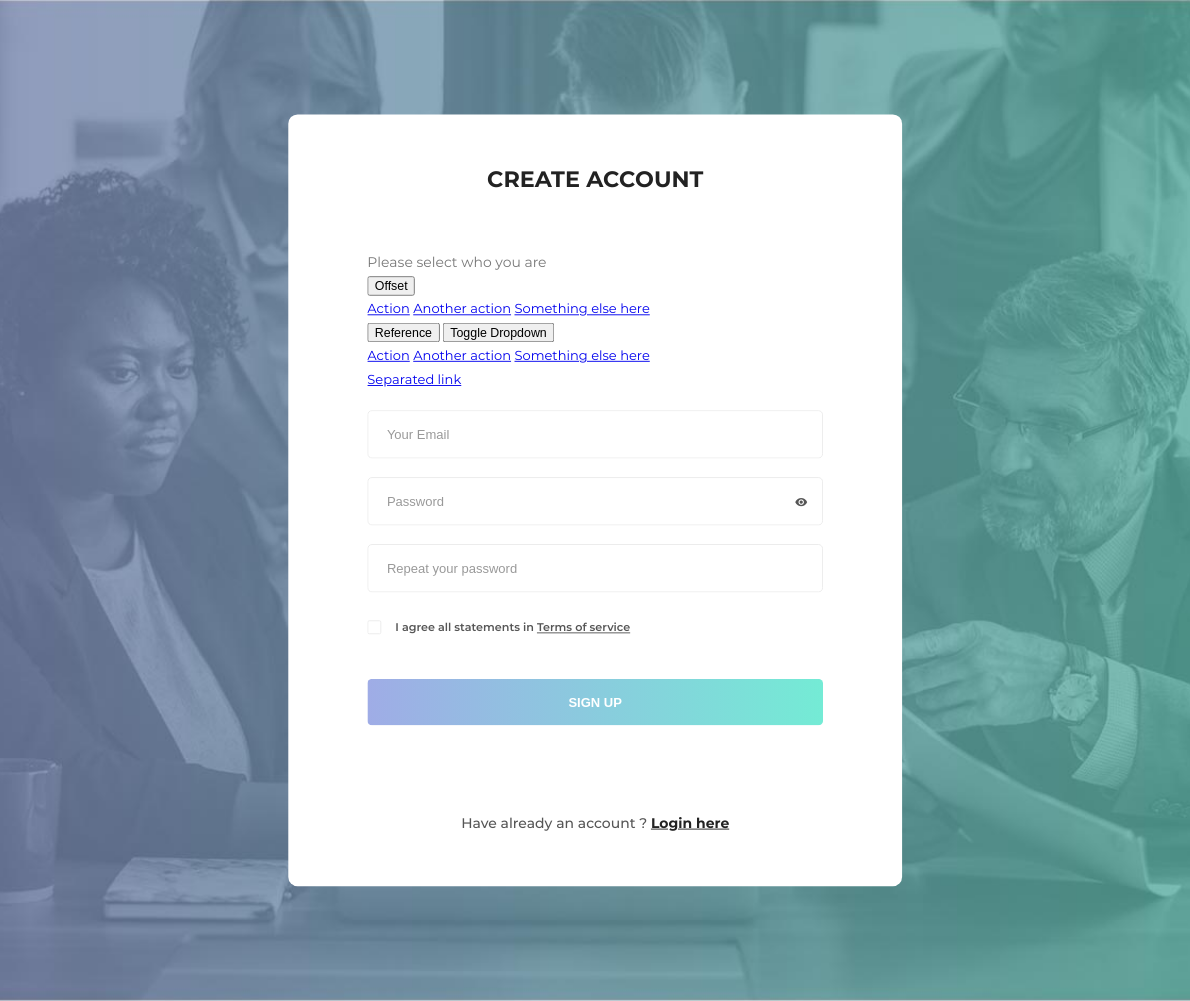
Repository: zainbt/Career_Bridge
Page: static/register/index.html
An editor plug-in stored every save of this project. The page is shown before and after the next save, followed by the edit.
The browser window is 1280 px wide. The pictures show the whole page, at 93% of full size.

Above is the page before, as saved 2019-11-18 17:31:42.

### static/register/index.html
<!DOCTYPE html>
<html lang="en">

<head>
    <meta charset="UTF-8">
    <meta name="viewport" content="width=device-width, initial-scale=1.0">
    <meta http-equiv="X-UA-Compatible" content="ie=edge">
    <title>Sign Up Form by Colorlib</title>

    <!-- Font Icon -->
    <link rel="stylesheet" href="fonts/material-icon/css/material-design-iconic-font.min.css">

    <!-- Main css -->
    <link rel="stylesheet" href="css/style.css">
</head>

<body>

    <div class="main">

        <section class="signup">
            <!-- <img src="images/signup-bg.jpg" alt=""> -->
            <div class="container">
                <div class="signup-content">
                    <form method="POST" id="signup-form" class="signup-form">
                        <h2 class="form-title">Create account</h2>
                        <div class="form-group">
                            <p>Please select who you are</p>
                            <div class="d-flex">
                                <div class="dropdown mr-1">
                                    <button type="button" class="btn btn-secondary dropdown-toggle" id="dropdownMenuOffset" data-toggle="dropdown" aria-haspopup="true" aria-expanded="false" data-offset="10,20">
                                        Offset
                                      </button>
                                    <div class="dropdown-menu" aria-labelledby="dropdownMenuOffset">
                                        <a class="dropdown-item" href="#">Action</a>
                                        <a class="dropdown-item" href="#">Another action</a>
                                        <a class="dropdown-item" href="#">Something else here</a>
                                    </div>
                                </div>
                                <div class="btn-group">
                                    <button type="button" class="btn btn-secondary">Reference</button>
                                    <button type="button" class="btn btn-secondary dropdown-toggle dropdown-toggle-split" id="dropdownMenuReference" data-toggle="dropdown" aria-haspopup="true" aria-expanded="false" data-reference="parent">
                                        <span class="sr-only">Toggle Dropdown</span>
                                      </button>
                                    <div class="dropdown-menu" aria-labelledby="dropdownMenuReference">
                                        <a class="dropdown-item" href="#">Action</a>
                                        <a class="dropdown-item" href="#">Another action</a>
                                        <a class="dropdown-item" href="#">Something else here</a>
                                        <div class="dropdown-divider"></div>
                                        <a class="dropdown-item" href="#">Separated link</a>
                                    </div>
                                </div>
                            </div>
                        </div>
                        <div class="form-group">
                            <input type="email" class="form-input" name="email" id="email" placeholder="Your Email" />
                        </div>
                        <div class="form-group">
                            <input type="text" class="form-input" name="password" id="password" placeholder="Password" />
                            <span toggle="#password" class="zmdi zmdi-eye field-icon toggle-password"></span>
                        </div>
                        <div class="form-group">
                            <input type="password" class="form-input" name="re_password" id="re_password" placeholder="Repeat your password" />
                        </div>
                        <div class="form-group">
                            <input type="checkbox" name="agree-term" id="agree-term" class="agree-term" />
                            <label for="agree-term" class="label-agree-term"><span><span></span></span>I agree all statements in  <a href="#" class="term-service">Terms of service</a></label>
                        </div>
                        <div class="form-group">
                            <input type="submit" name="submit" id="submit" class="form-submit" value="Sign up" />
                        </div>
                    </form>
                    <p class="loginhere">
                        Have already an account ? <a href="#" class="loginhere-link">Login here</a>
                    </p>
                </div>
            </div>
        </section>

    </div>

    <!-- JS -->
    <script src="vendor/jquery/jquery.min.js"></script>
    <script src="js/main.js"></script>
</body>
<!-- This templates was made by Colorlib (https://colorlib.com) -->

</html>

### static/register/css/style.css
/* @extend display-flex; */
display-flex, .display-flex, .display-flex-center {
  display: flex;
  display: -webkit-flex; }

/* @extend list-type-ulli; */
list-type-ulli {
  list-style-type: none;
  margin: 0;
  padding: 0; }

/* Montserrat-300 - latin */
@font-face {
  font-family: 'Montserrat';
  font-style: normal;
  font-weight: 300;
  src: url("../fonts/montserrat/Montserrat-Light.ttf");
  /* IE9 Compat Modes */ }
@font-face {
  font-family: 'Montserrat';
  font-style: normal;
  font-weight: 400;
  src: url("../fonts/montserrat/Montserrat-Regular.ttf");
  /* IE9 Compat Modes */ }
@font-face {
  font-family: 'Montserrat';
  font-style: italic;
  font-weight: 400;
  src: url("../fonts/montserrat/Montserrat-Italic.ttf");
  /* IE9 Compat Modes */ }
@font-face {
  font-family: 'Montserrat';
  font-style: normal;
  font-weight: 500;
  src: url("../fonts/montserrat/Montserrat-Medium.ttf");
  /* IE9 Compat Modes */ }
@font-face {
  font-family: 'Montserrat';
  font-style: normal;
  font-weight: 600;
  src: url("../fonts/montserrat/Montserrat-SemiBold.ttf");
  /* IE9 Compat Modes */ }
@font-face {
  font-family: 'Montserrat';
  font-style: normal;
  font-weight: 700;
  src: url("../fonts/montserrat/Montserrat-Bold.ttf");
  /* IE9 Compat Modes */ }
@font-face {
  font-family: 'Montserrat';
  font-style: italic;
  font-weight: 700;
  src: url("../fonts/montserrat/Montserrat-BoldItalic.ttf");
  /* IE9 Compat Modes */ }
@font-face {
  font-family: 'Montserrat';
  font-style: italic;
  font-weight: 900;
  src: url("../fonts/montserrat/montserrat-v12-latin-900.ttf"), url("../fonts/montserrat/montserrat-v12-latin-900.eot") format("embedded-opentype"), url("../fonts/montserrat/montserrat-v12-latin-900.svg") format("woff2"), url("../fonts/montserrat/montserrat-v12-latin-900.woff") format("woff"), url("../fonts/montserrat/montserrat-v12-latin-900.woff2") format("truetype"); }
a:focus, a:active {
  text-decoration: none;
  outline: none;
  transition: all 300ms ease 0s;
  -moz-transition: all 300ms ease 0s;
  -webkit-transition: all 300ms ease 0s;
  -o-transition: all 300ms ease 0s;
  -ms-transition: all 300ms ease 0s; }

input, select, textarea {
  outline: none;
  appearance: unset !important;
  -moz-appearance: unset !important;
  -webkit-appearance: unset !important;
  -o-appearance: unset !important;
  -ms-appearance: unset !important; }

input::-webkit-outer-spin-button, input::-webkit-inner-spin-button {
  appearance: none !important;
  -moz-appearance: none !important;
  -webkit-appearance: none !important;
  -o-appearance: none !important;
  -ms-appearance: none !important;
  margin: 0; }

input:focus, select:focus, textarea:focus {
  outline: none;
  box-shadow: none !important;
  -moz-box-shadow: none !important;
  -webkit-box-shadow: none !important;
  -o-box-shadow: none !important;
  -ms-box-shadow: none !important; }

input[type=checkbox] {
  appearance: checkbox !important;
  -moz-appearance: checkbox !important;
  -webkit-appearance: checkbox !important;
  -o-appearance: checkbox !important;
  -ms-appearance: checkbox !important; }

input[type=radio] {
  appearance: radio !important;
  -moz-appearance: radio !important;
  -webkit-appearance: radio !important;
  -o-appearance: radio !important;
  -ms-appearance: radio !important; }

img {
  max-width: 100%;
  height: auto; }

figure {
  margin: 0; }

p {
  margin-bottom: 0px;
  font-size: 15px;
  color: #777; }

h2 {
  line-height: 1.66;
  margin: 0;
  padding: 0;
  font-weight: 900;
  color: #222;
  font-family: 'Montserrat';
  font-size: 24px;
  text-transform: uppercase;
  text-align: center;
  margin-bottom: 40px; }

.clear {
  clear: both; }

body {
  font-size: 14px;
  line-height: 1.8;
  color: #222;
  font-weight: 400;
  font-family: 'Montserrat';
  background-image: url("../images/signup-bg.jpg");
  background-repeat: no-repeat;
  background-size: cover;
  -moz-background-size: cover;
  -webkit-background-size: cover;
  -o-background-size: cover;
  -ms-background-size: cover;
  background-position: center center;
  padding: 115px 0; }

.container {
  width: 660px;
  position: relative;
  margin: 0 auto; }

.display-flex {
  justify-content: space-between;
  -moz-justify-content: space-between;
  -webkit-justify-content: space-between;
  -o-justify-content: space-between;
  -ms-justify-content: space-between;
  align-items: center;
  -moz-align-items: center;
  -webkit-align-items: center;
  -o-align-items: center;
  -ms-align-items: center; }

.display-flex-center {
  justify-content: center;
  -moz-justify-content: center;
  -webkit-justify-content: center;
  -o-justify-content: center;
  -ms-justify-content: center;
  align-items: center;
  -moz-align-items: center;
  -webkit-align-items: center;
  -o-align-items: center;
  -ms-align-items: center; }

.position-center {
  position: absolute;
  top: 50%;
  left: 50%;
  transform: translate(-50%, -50%);
  -moz-transform: translate(-50%, -50%);
  -webkit-transform: translate(-50%, -50%);
  -o-transform: translate(-50%, -50%);
  -ms-transform: translate(-50%, -50%); }

.signup-content {
  background: #fff;
  border-radius: 10px;
  -moz-border-radius: 10px;
  -webkit-border-radius: 10px;
  -o-border-radius: 10px;
  -ms-border-radius: 10px;
  padding: 50px 85px; }

.form-group {
  overflow: hidden;
  margin-bottom: 20px; }

.form-input {
  width: 100%;
  border: 1px solid #ebebeb;
  border-radius: 5px;
  -moz-border-radius: 5px;
  -webkit-border-radius: 5px;
  -o-border-radius: 5px;
  -ms-border-radius: 5px;
  padding: 17px 20px;
  box-sizing: border-box;
  font-size: 14px;
  font-weight: 500;
  color: #222; }
  .form-input::-webkit-input-placeholder {
    color: #999; }
  .form-input::-moz-placeholder {
    color: #999; }
  .form-input:-ms-input-placeholder {
    color: #999; }
  .form-input:-moz-placeholder {
    color: #999; }
  .form-input::-webkit-input-placeholder {
    font-weight: 500; }
  .form-input::-moz-placeholder {
    font-weight: 500; }
  .form-input:-ms-input-placeholder {
    font-weight: 500; }
  .form-input:-moz-placeholder {
    font-weight: 500; }
  .form-input:focus {
    border: 1px solid transparent;
    -webkit-border-image-source: -webkit-linear-gradient(to right, #9face6, #74ebd5);
    -moz-border-image-source: -moz-linear-gradient(to right, #9face6, #74ebd5);
    -o-border-image-source: -o-linear-gradient(to right, #9face6, #74ebd5);
    border-image-source: linear-gradient(to right, #9face6, #74ebd5);
    -webkit-border-image-slice: 1;
    border-image-slice: 1;
    border-radius: 5px;
    -moz-border-radius: 5px;
    -webkit-border-radius: 5px;
    -o-border-radius: 5px;
    -ms-border-radius: 5px;
    background-origin: border-box;
    background-clip: content-box, border-box; }
    .form-input:focus::-webkit-input-placeholder {
      color: #222; }
    .form-input:focus::-moz-placeholder {
      color: #222; }
    .form-input:focus:-ms-input-placeholder {
      color: #222; }
    .form-input:focus:-moz-placeholder {
      color: #222; }

.form-submit {
  width: 100%;
  border-radius: 5px;
  -moz-border-radius: 5px;
  -webkit-border-radius: 5px;
  -o-border-radius: 5px;
  -ms-border-radius: 5px;
  padding: 17px 20px;
  box-sizing: border-box;
  font-size: 14px;
  font-weight: 700;
  color: #fff;
  text-transform: uppercase;
  border: none;
  background-image: -moz-linear-gradient(to left, #74ebd5, #9face6);
  background-image: -ms-linear-gradient(to left, #74ebd5, #9face6);
  background-image: -o-linear-gradient(to left, #74ebd5, #9face6);
  background-image: -webkit-linear-gradient(to left, #74ebd5, #9face6);
  background-image: linear-gradient(to left, #74ebd5, #9face6); }

input[type=checkbox]:not(old) {
  width: 2em;
  margin: 0;
  padding: 0;
  font-size: 1em;
  display: none; }

input[type=checkbox]:not(old) + label {
  display: inline-block;
  margin-top: 7px;
  margin-bottom: 25px; }

input[type=checkbox]:not(old) + label > span {
  display: inline-block;
  width: 13px;
  height: 13px;
  margin-right: 15px;
  margin-bottom: 3px;
  border: 1px solid #ebebeb;
  border-radius: 2px;
  -moz-border-radius: 2px;
  -webkit-border-radius: 2px;
  -o-border-radius: 2px;
  -ms-border-radius: 2px;
  background: white;
  background-image: -moz-linear-gradient(white, white);
  background-image: -ms-linear-gradient(white, white);
  background-image: -o-linear-gradient(white, white);
  background-image: -webkit-linear-gradient(white, white);
  background-image: linear-gradient(white, white);
  vertical-align: bottom; }

input[type=checkbox]:not(old):checked + label > span {
  background-image: -moz-linear-gradient(white, white);
  background-image: -ms-linear-gradient(white, white);
  background-image: -o-linear-gradient(white, white);
  background-image: -webkit-linear-gradient(white, white);
  background-image: linear-gradient(white, white); }

input[type=checkbox]:not(old):checked + label > span:before {
  content: '\f26b';
  display: block;
  color: #222;
  font-size: 11px;
  line-height: 1.2;
  text-align: center;
  font-family: 'Material-Design-Iconic-Font';
  font-weight: bold; }

.label-agree-term {
  font-size: 12px;
  font-weight: 600;
  color: #555; }

.term-service {
  color: #555; }

.loginhere {
  color: #555;
  font-weight: 500;
  text-align: center;
  margin-top: 91px;
  margin-bottom: 5px; }

.loginhere-link {
  font-weight: 700;
  color: #222; }

.field-icon {
  float: right;
  margin-right: 17px;
  margin-top: -32px;
  position: relative;
  z-index: 2;
  color: #555; }

@media screen and (max-width: 768px) {
  .container {
    width: calc(100% - 40px);
    max-width: 100%; } }
@media screen and (max-width: 480px) {
  .signup-content {
    padding: 50px 25px; } }

/*# sourceMappingURL=style.css.map */

Loaded but not shown: static/register/fonts/material-icon/css/material-design-iconic-font.min.css (library); static/register/vendor/jquery/jquery.min.js (library); static/register/js/main.js (common file)

After the next save:
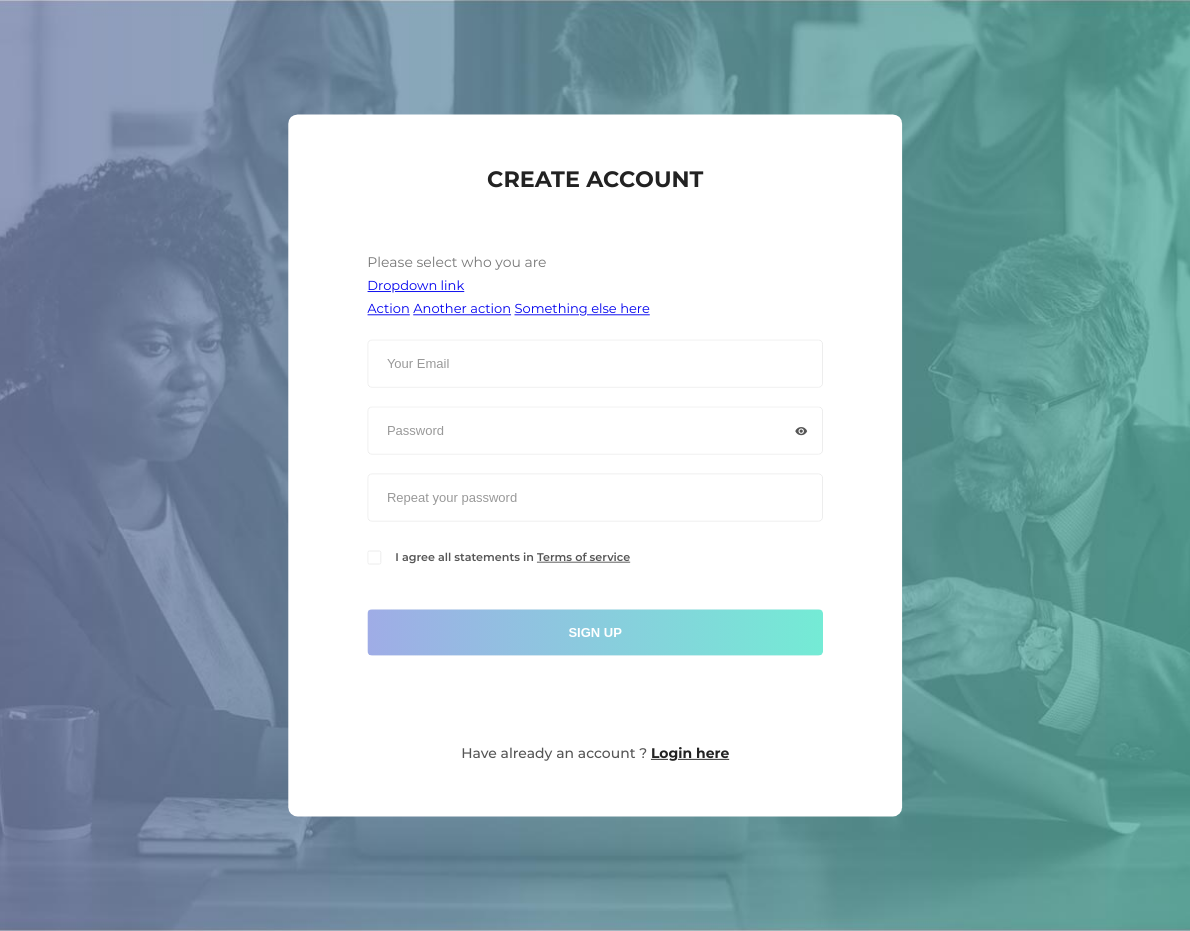
Saved 66 s later.
--- a/static/register/index.html
+++ b/static/register/index.html
@@ -26,29 +26,14 @@
                         <h2 class="form-title">Create account</h2>
                         <div class="form-group">
                             <p>Please select who you are</p>
-                            <div class="d-flex">
-                                <div class="dropdown mr-1">
-                                    <button type="button" class="btn btn-secondary dropdown-toggle" id="dropdownMenuOffset" data-toggle="dropdown" aria-haspopup="true" aria-expanded="false" data-offset="10,20">
-                                        Offset
-                                      </button>
-                                    <div class="dropdown-menu" aria-labelledby="dropdownMenuOffset">
-                                        <a class="dropdown-item" href="#">Action</a>
-                                        <a class="dropdown-item" href="#">Another action</a>
-                                        <a class="dropdown-item" href="#">Something else here</a>
-                                    </div>
-                                </div>
-                                <div class="btn-group">
-                                    <button type="button" class="btn btn-secondary">Reference</button>
-                                    <button type="button" class="btn btn-secondary dropdown-toggle dropdown-toggle-split" id="dropdownMenuReference" data-toggle="dropdown" aria-haspopup="true" aria-expanded="false" data-reference="parent">
-                                        <span class="sr-only">Toggle Dropdown</span>
-                                      </button>
-                                    <div class="dropdown-menu" aria-labelledby="dropdownMenuReference">
-                                        <a class="dropdown-item" href="#">Action</a>
-                                        <a class="dropdown-item" href="#">Another action</a>
-                                        <a class="dropdown-item" href="#">Something else here</a>
-                                        <div class="dropdown-divider"></div>
-                                        <a class="dropdown-item" href="#">Separated link</a>
-                                    </div>
+                            <div class="dropdown">
+                                <a class="btn btn-secondary dropdown-toggle" href="#" role="button" id="dropdownMenuLink" data-toggle="dropdown" aria-haspopup="true" aria-expanded="false">
+                                    Dropdown link
+                                    </a>
+                                <div class="dropdown-menu" aria-labelledby="dropdownMenuLink">
+                                    <a class="dropdown-item" href="#">Action</a>
+                                    <a class="dropdown-item" href="#">Another action</a>
+                                    <a class="dropdown-item" href="#">Something else here</a>
                                 </div>
                             </div>
                         </div>
